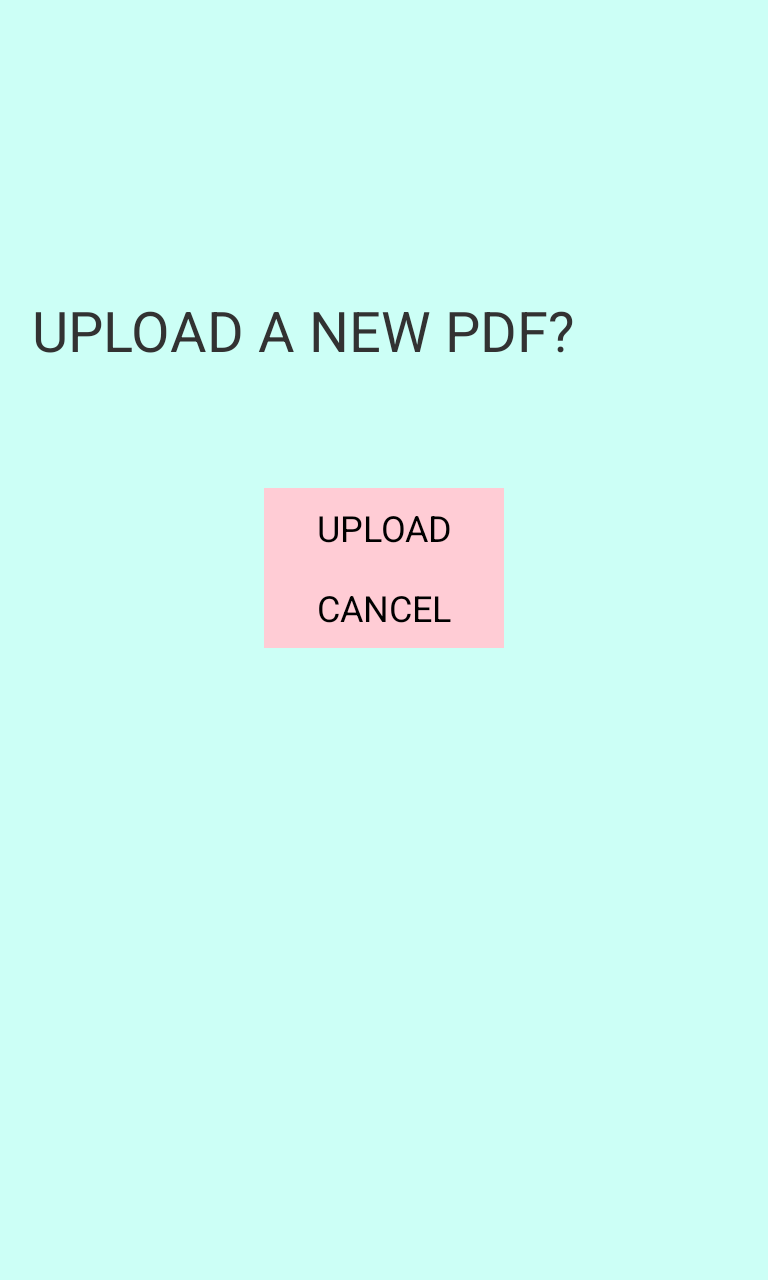
Repository: nick11roberts/Moka-Scanr
Layout: Document Uploader/res/layout/activity_preview.xml
An editor plug-in stored every save of this project. The layout is shown before and after the next save, followed by the edit.
Pictures or frames that could not be fetched are drawn as grey boxes. It is drawn on a 768 x 1280 px phone screen (xhdpi) without system bars, with theme android:Theme.Holo.Light.NoActionBar; the app's code is not run. The app's manifest (not shown) leaves right-to-left support off. So textAlignment, textDirection and layoutDirection are ignored, and left and right values win over start and end ones.

Above is the layout before, as saved 2014-05-31 00:33:17.

### Document Uploader/res/layout/activity_preview.xml
<LinearLayout xmlns:android="http://schemas.android.com/apk/res/android"
    xmlns:tools="http://schemas.android.com/tools"
    android:layout_width="match_parent"
    android:layout_height="match_parent"
    android:background="@color/bg_color"
    android:baselineAligned="true"
    android:gravity="center_horizontal"
    android:orientation="vertical"
    android:paddingBottom="@dimen/activity_vertical_margin"
    android:paddingLeft="@dimen/activity_horizontal_margin"
    android:paddingRight="@dimen/activity_horizontal_margin"
    android:paddingTop="@dimen/activity_vertical_margin"
    tools:context=".MainActivity" >

    <TextView
        android:layout_width="match_parent"
        android:layout_height="wrap_content"
        android:paddingBottom="60dp"
        android:paddingTop="130dp"
        android:text="@string/main_heading"
        android:textAlignment="center"
        android:textAllCaps="true"
        android:textSize="28sp" />

    <Button
        android:id="@+id/uploadButton"
        android:layout_width="120dp"
        android:layout_height="40dp"
        android:background="@color/button_color"
        android:gravity="center_vertical|center_horizontal"
        android:paddingLeft="5dp"
        android:paddingRight="5dp"
        android:text="@string/preview_button_upload"
        android:textAlignment="center" />

    <Button
        android:id="@+id/cancelButton"
        android:layout_width="120dp"
        android:layout_height="40dp"
        android:background="@color/button_color"
        android:paddingLeft="5dp"
        android:paddingRight="5dp"
        android:text="@string/preview_button_cancel"
        android:textAlignment="center" />

</LinearLayout>

### Document Uploader/res/values/colors.xml
<?xml version="1.0" encoding="utf-8"?>
<resources>
   <color name="button_color">#FFCCD5</color>
   <color name="bg_color">#CCFFF6</color>
   <color name="border_color">#000000</color>
</resources>

### Document Uploader/res/values/strings.xml
<?xml version="1.0" encoding="utf-8"?>
<resources>

    <string name="app_name">PDF-Drive</string>
    <string name="action_settings">Settings</string>

    <!-- MAIN ACTIVITY -->
    <string name="main_heading">Upload a new PDF?</string>
    <string name="main_button_upload">BEGIN</string>

    <!-- OPTIONS ACTIVITY -->
    <string name="options_heading">Upload options</string>
    <string name="options_pages">Number of pages?</string>
    <string name="options_title">Title?</string>
    <string name="options_folder">Folder? (optional)</string>
    <string name="options_button_go">CONTINUE</string>

    <!-- PREVIEW ACTIVITY -->
    <string name="preview_heading">Upload a new PDF?</string>
    <string name="preview_button_upload">UPLOAD</string>
    <string name="preview_button_cancel">CANCEL</string>

</resources>

Loaded but not shown: Document Uploader/res/values/dimens.xml (common file); Document Uploader/res/values-w820dp/dimens.xml (common file)

After the next save:
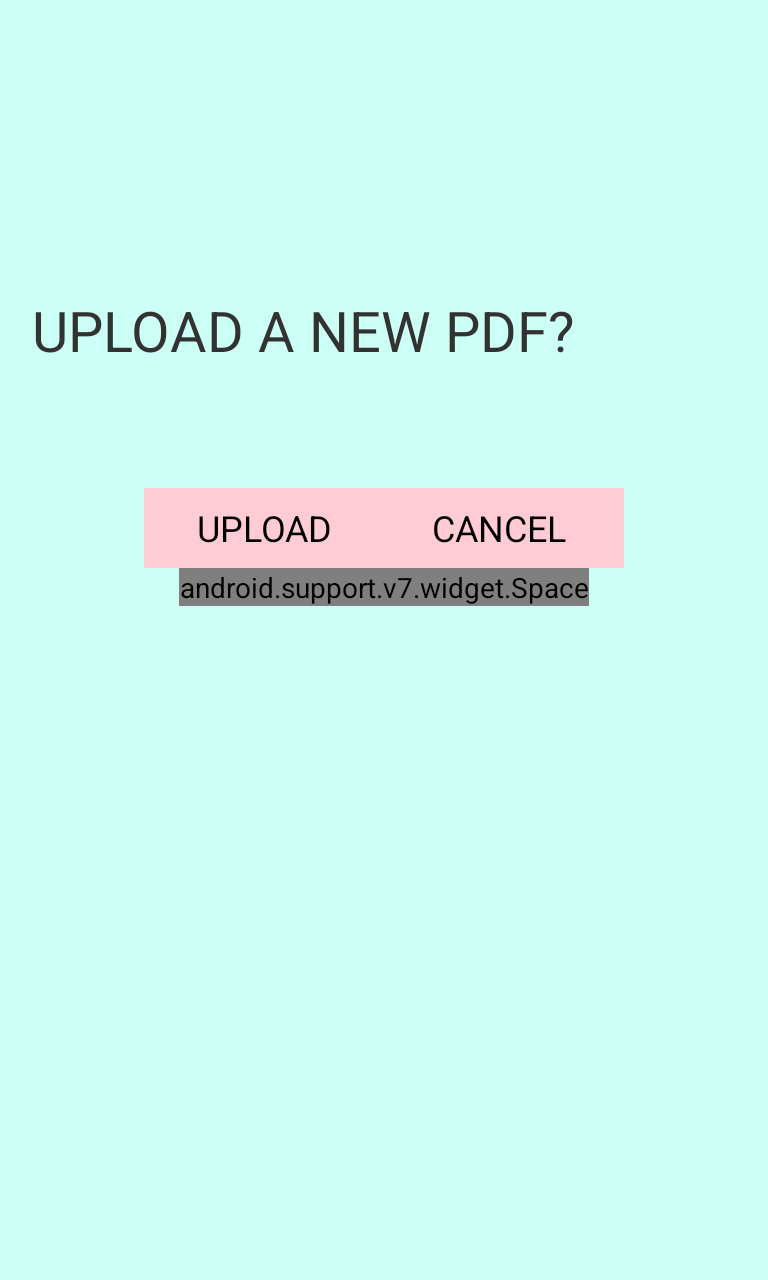
Saved 4 min 59 s later.
--- a/Document Uploader/res/layout/activity_preview.xml
+++ b/Document Uploader/res/layout/activity_preview.xml
@@ -22,25 +22,37 @@
         android:textAllCaps="true"
         android:textSize="28sp" />
 
-    <Button
-        android:id="@+id/uploadButton"
-        android:layout_width="120dp"
-        android:layout_height="40dp"
-        android:background="@color/button_color"
-        android:gravity="center_vertical|center_horizontal"
-        android:paddingLeft="5dp"
-        android:paddingRight="5dp"
-        android:text="@string/preview_button_upload"
-        android:textAlignment="center" />
+    <TableRow
+        android:id="@+id/tableRow1"
+        android:layout_width="wrap_content"
+        android:layout_height="wrap_content"
+        android:shrinkColumns="*"
+		android:stretchColumns="*"  >
 
-    <Button
-        android:id="@+id/cancelButton"
-        android:layout_width="120dp"
-        android:layout_height="40dp"
-        android:background="@color/button_color"
-        android:paddingLeft="5dp"
-        android:paddingRight="5dp"
-        android:text="@string/preview_button_cancel"
-        android:textAlignment="center" />
+        <Button
+            android:id="@+id/uploadButton"
+            android:layout_width="120dp"
+            android:layout_height="40dp"
+            android:background="@color/button_color"
+            android:gravity="center_vertical|center_horizontal"
+            android:paddingLeft="5dp"
+            android:paddingRight="5dp"
+            android:text="@string/preview_button_upload"
+            android:textAlignment="center" />
+
+        <Button
+            android:id="@+id/cancelButton"
+            android:layout_width="120dp"
+            android:layout_height="40dp"
+            android:background="@color/button_color"
+            android:paddingRight="5dp"
+            android:text="@string/preview_button_cancel"
+            android:textAlignment="center" />
+    </TableRow>
+
+    <android.support.v7.widget.Space
+        android:id="@+id/space1"
+        android:layout_width="wrap_content"
+        android:layout_height="wrap_content" />
 
 </LinearLayout>
